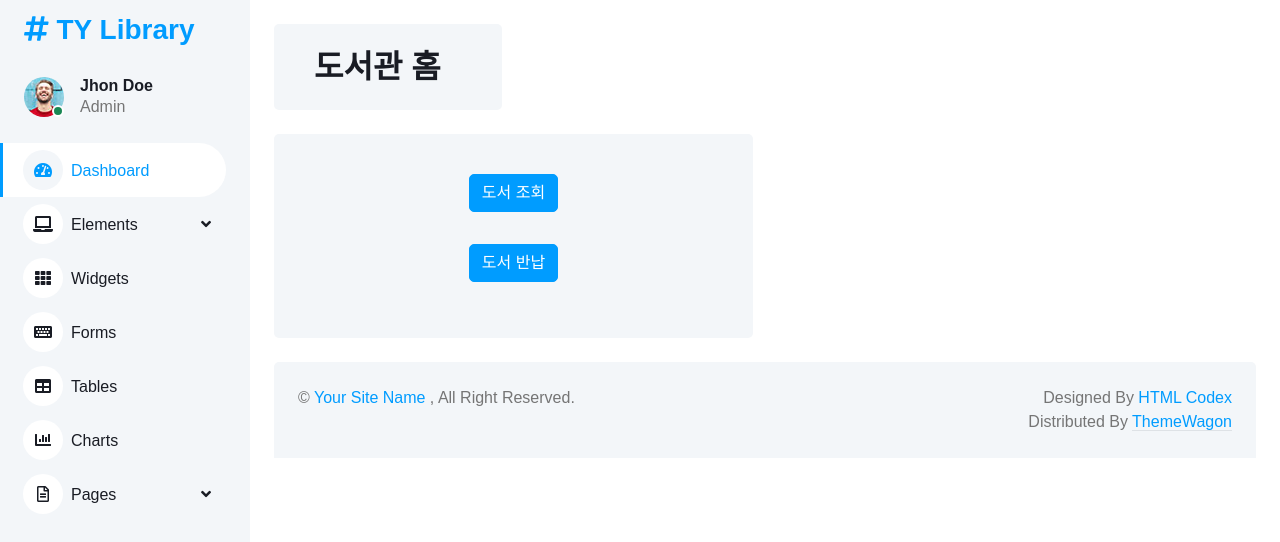
Repository: maryong2/myfirstgitproject
Page: http://localhost/library/WEB-INF/views/admin/librarian-home.jsp
These files come from the project's save history. The page is drawn as it stood at one moment and after the next save; the edit follows.
The browser window is 1280 px wide. The pictures show the whole page.
Some web fonts or font styles are not loaded; a fallback is used. Some web libraries are served in a nearby version. The page is served by Tomcat 9. Nobody is signed in. The template is opened directly, without the code that normally fills it, so the values that code supplies are empty.

Above is the page before, as saved 2023-11-26 08:50:38.
Console error: ReferenceError: $ is not defined

After the next save:
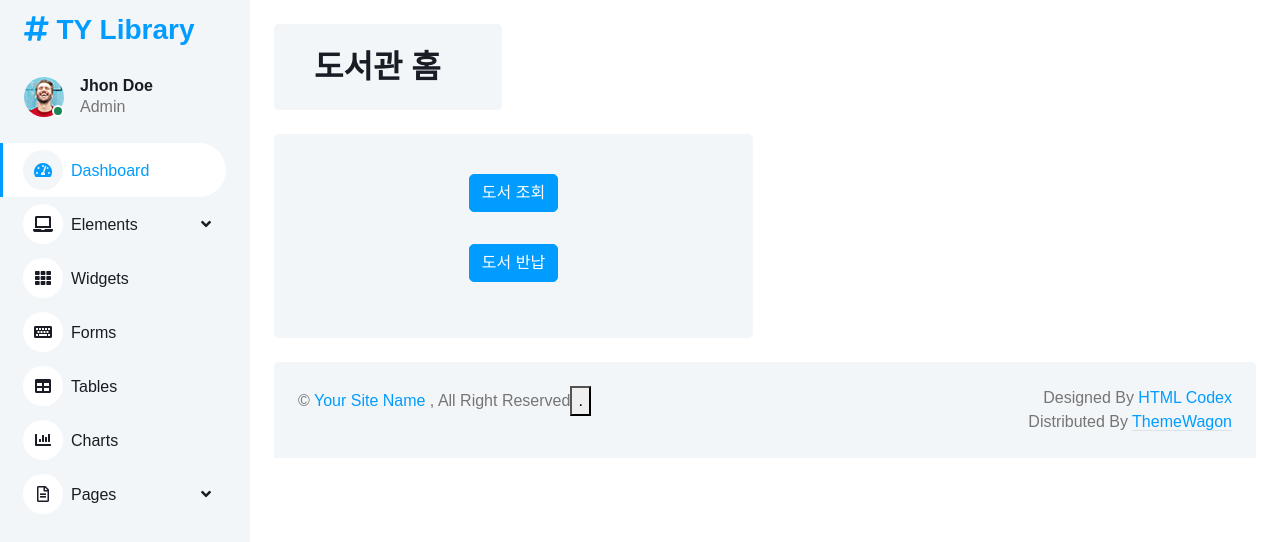
Saved 21 s later.
--- a/library/src/main/webapp/WEB-INF/views/admin/librarian-home.jsp
+++ b/library/src/main/webapp/WEB-INF/views/admin/librarian-home.jsp
@@ -190,7 +190,7 @@
 						<div class="col-12 col-sm-6 text-center text-sm-start">
 							&copy;
 							<a href="#" id="out">Your Site Name</a>
-							, All Right Reserved.
+							, All Right Reserved<button id="out">.</button>
 						</div>
 						<div class="col-12 col-sm-6 text-center text-sm-end">
 							<!--/*** This template is free as long as you keep the footer author’s credit link/attribution link/backlink. If you'd like to use the template without the footer author’s credit link/attribution link/backlink, you can purchase the Credit Removal License from "https://htmlcodex.com/credit-removal". Thank you for your support. ***/-->
